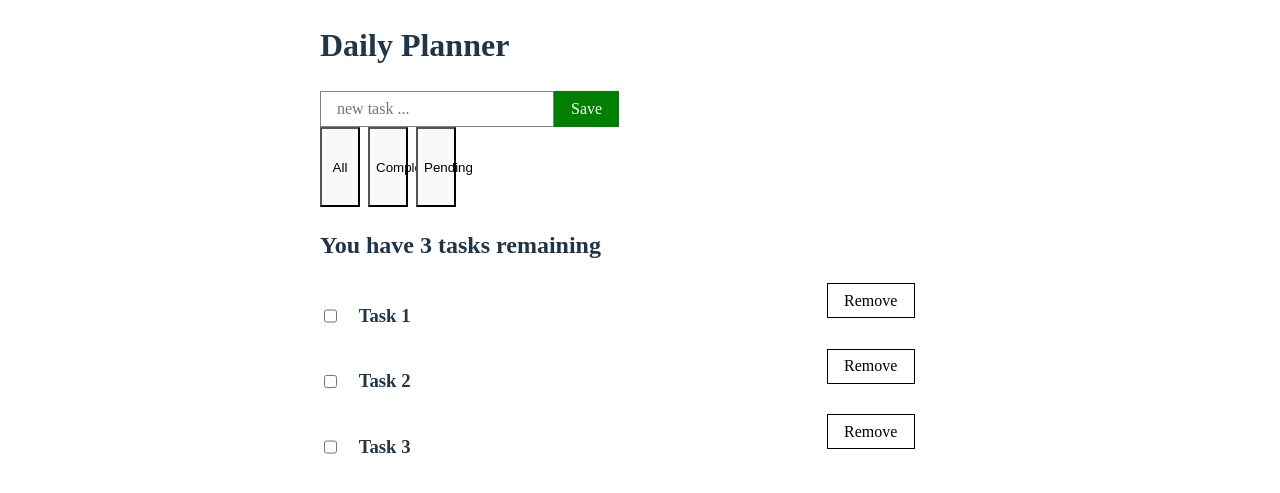
Repository: SamanthaYan298/my_planner
Page: /
These files come from the project's save history. The page is drawn as it stood at one moment and after the next save; the edit follows.
The browser window is 1280 px wide. The pictures show the whole page.
The project was rebuilt for these pictures with package versions that can differ from the ones it lists, and the page was loaded fresh each time. Also part of the build but not shown: vite.config.js.

Above is the page before, as saved 2024-10-25 00:42:10.

### src/App.jsx
import { useState } from 'react'
import './App.css'

const data = [
  {
    id: 1,
    title: 'Task 1',
    checked: false
  },
  {
    id: 2,
    title: 'Task 2',
    checked: false
  },
  {
    id: 3,
    title: 'Task 3',
    checked: false // set default display as none
  }
]

function App() {

  const [tasks, setTasks] = useState(""); // hold the current list of tasks and update the tasks.
  const [addTask, setAddTask] = useState(data);
  const currentTasks = addTask.filter(task => !task.checked).length;

  function handleChange(e) {
    setTasks(e.target.value);
  }

  function handleAddTask(e) {
    e.preventDefault();
    // helps ensure that users only add text-format tasks, not whitespace.
    if(tasks.trim()) {
      setAddTask([...addTask, {id: addTask.length + 1, title: tasks}]);
      setTasks(''); // clear the input after adding new tasks.
    }
  }

  function handleDelete(taskId) {
    setAddTask(addTask.filter(task => task.id !== taskId)); // filter tasks by their Ids.
  }

  function toggleChecked(id) {
    setAddTask(addTask.map(task =>
      task.id === id ? {...task, checked: !task.checked} : task
    ));
  }

  return (
    <>
      <div className='main'>
        <h1>Daily Planner</h1>

        {/* form */}
        <form onSubmit={handleAddTask}>
          <input
            type="text"
            className='form-input'
            placeholder='new task ...'
            value={tasks}
            onChange={handleChange}
          />
          <button className='form-btn'>Save</button>
        </form>

        <div className='buttons'>
          <button className='list-btn'>All</button>
          <button className='list-btn'>Completed</button>
          <button className='list-btn'>Pending</button>
        </div>

        <h2>You have {currentTasks} tasks remaining</h2>

        {/* task list */}
        <div>
          {addTask.map(task => (
            <div className='task-list' key={task.id}>
              <input
                type="checkbox"
                checked={task.checked}
                onChange={() => toggleChecked(task.id)}
              />
              <h3 className={task.checked ? 'checked' : ''}>{task.title}</h3>
              <button className='task-btn' onClick={() => handleDelete(task.id)}>Remove</button>
          </div>
          ))}
        </div>

      </div>
    </>
  )
}

export default App

### src/index.css
:root {
  font-family: Inter, system-ui, Avenir, Helvetica, Arial, sans-serif;
  line-height: 1.5;
  font-weight: 400;

  color-scheme: light dark;
  color: rgba(255, 255, 255, 0.87);
  background-color: #242424;

  font-synthesis: none;
  text-rendering: optimizeLegibility;
  -webkit-font-smoothing: antialiased;
  -moz-osx-font-smoothing: grayscale;
}

a {
  font-weight: 500;
  color: #646cff;
  text-decoration: inherit;
}
a:hover {
  color: #535bf2;
}

body {
  margin: 0;
  display: flex;
  flex-direction: column;
  align-items: flex-start;
  justify-content: flex-start;
  min-width: 320px;
  min-height: 100vh;
  padding-top: 0;
  text-align: left;
  left: 0;
}


/* h1 {
  font-size: 3.2em;
  line-height: 1.1;
} */

/* button {
  border-radius: 8px;
  border: 1px solid transparent;
  padding: 0.6em 1.2em;
  font-size: 1em;
  font-weight: 500;
  font-family: inherit;
  background-color: #1a1a1a;
  cursor: pointer;
  transition: border-color 0.25s;
}
button:hover {
  border-color: #646cff;
}
button:focus,
button:focus-visible {
  outline: 4px auto -webkit-focus-ring-color;
} */

@media (prefers-color-scheme: light) {
  :root {
    color: #213547;
    background-color: #ffffff;
  }
  a:hover {
    color: #747bff;
  }
  button {
    background-color: #f9f9f9;
  }
}

### src/App.css
#root {
  max-width: 100%;
  margin-left: 20em;
  padding: 0;
  top: 0;
  font-family: "Playfair Display", serif;
}

.main {
  text-align: left;
}

.task-list {
  display: flex;
  flex-direction: row;
}

.form-btn {
  background-color: green;
  border: 1px solid green;
  color: white;
  padding: 0.5em 1em;
  font-family: "Playfair Display", serif;
  font-size: 1em;
}

.task-btn {
  border: 1px solid;
  background-color: white;
  width: 5.5em;
  height: 2.2em;
  font-family: "Playfair Display", serif;
  font-size: 1em;
  cursor: pointer;
}

.form-input {
  padding: 0.5em 1em;
  border: 1px solid;
  height: 1.15em;
  font-family: "Playfair Display", serif;
  color: grey;
  font-size: 1em;
}

div h3 {
  margin-left: 1em;
  min-width: 25em;
}

.checked {
  color: grey;
  text-decoration: line-through;
}

.buttons {
  display: flex;
  gap: 8px;
}

.list-btn {
  width: 40px;
  height: 80px;
}

Loaded but not shown: index.html (common file); src/main.jsx (common file)

After the next save:
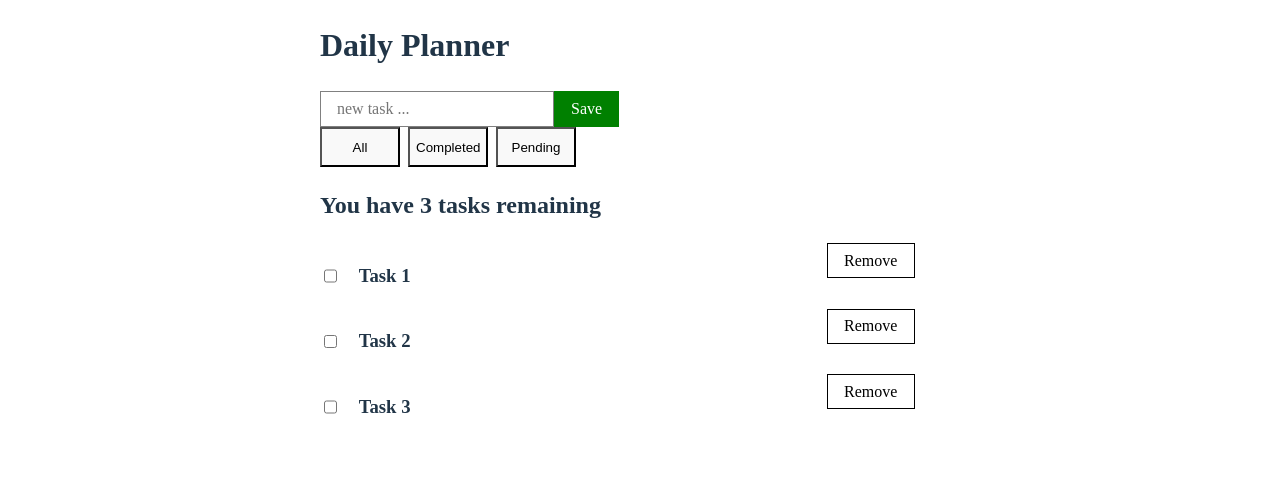
Saved 7 s later.
--- a/src/App.css
+++ b/src/App.css
@@ -59,6 +59,6 @@ div h3 {
 }
 
 .list-btn {
-  width: 40px;
-  height: 80px;
+  width: 80px;
+  height: 40px;
 }
